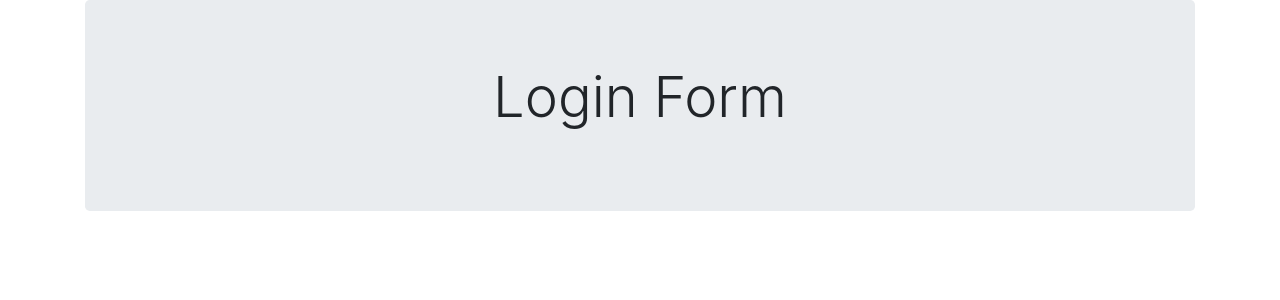
Repository: amar468S/Ng-templateDrivenForm
Page: /
The author's editor kept a copy of each file at every save. The page is drawn from the files as they stood at one save, then again after a run of saves.
The browser window is 1280 px wide. The pictures show the whole page.
Some web libraries are served in a nearby version. The project was rebuilt for these pictures with package versions that can differ from the ones it lists, and the page was loaded fresh each time. Also part of the build but not shown: angular.json.

Above is the page before, as saved 2019-02-03 15:41:37.

After the next 2 saves:
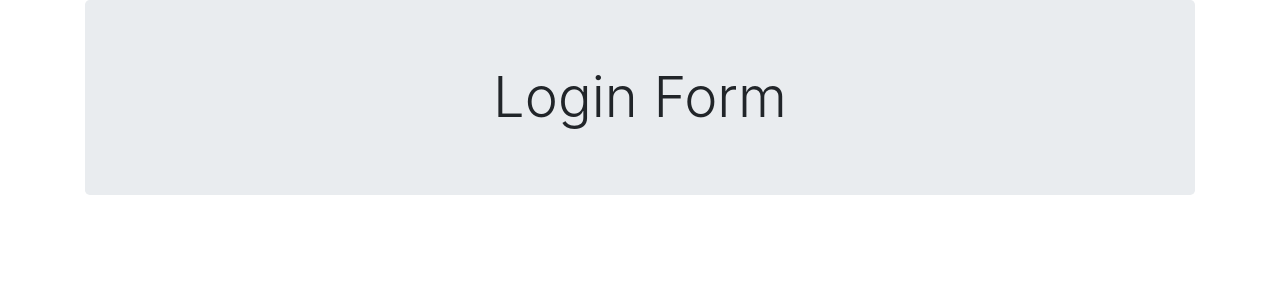
The 2 saves are shown as one change because they came seconds apart.
The last was saved 7 s later.
--- a/src/app/app.component.html
+++ b/src/app/app.component.html
@@ -1,6 +1,6 @@
 <div class="container">
 
     <div class="jumbotron">
-      <p class="display-4 text-center p-0">Login Form</p>
+      <p class="display-4 text-center mb-0">Login Form</p>
     </div>
 </div>
